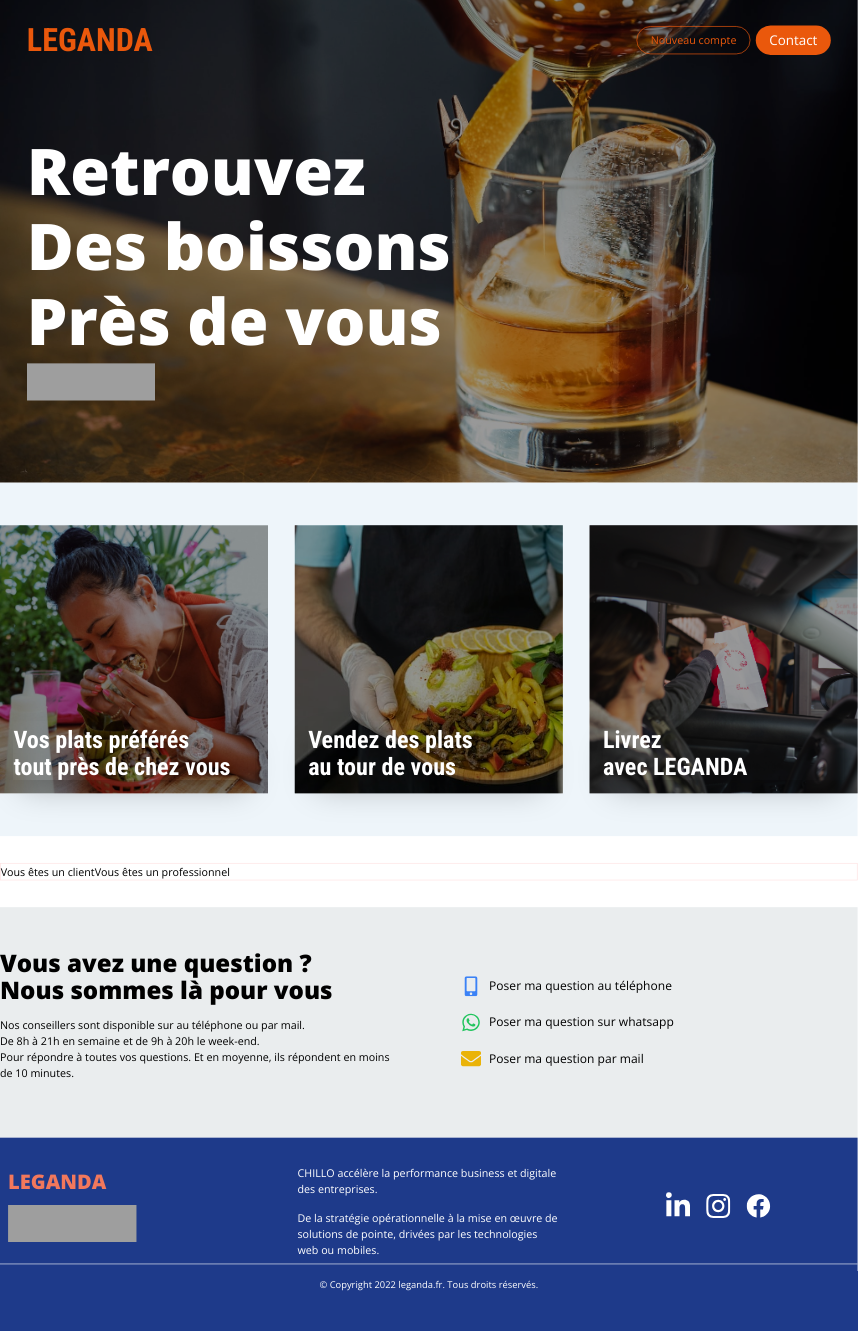
Repository: chillo-tech/website-leganda
Page: /
An editor plug-in stored every save of this project. The page is shown before and after the next save, followed by the edit.
The browser window is 1280 px wide. The pictures show the whole page, at 67% of full size.
Pictures or frames that could not be fetched are drawn as grey boxes. The project was rebuilt for these pictures with package versions that can differ from the ones it lists, and the page was loaded fresh each time. Some packages were replaced by stand-ins written for this rebuild. The framework's server and built-in components were replaced by stand-ins that run in the browser. Also part of the build but not shown: next.config.js, components/header/items/SearchBar.tsx.

Above is the page before, as saved 2023-02-09 11:20:34.

### pages/_document.tsx
import { Html, Head, Main, NextScript } from 'next/document'
import Footer from '../components/footer/Footer';

export default function Document() {
	return (
		<Html className="scroll-smooth">
			<Head>
        <link rel="preconnect" href="https://fonts.googleapis.com"/>
        <link rel="preconnect" href="https://fonts.gstatic.com"/>
        <link href="https://fonts.googleapis.com/css2?family=Open+Sans:ital,wght@0,300;0,800;1,800&family=Roboto&family=Roboto+Condensed:wght@700&display=swap" rel="stylesheet"/>
        <link rel="icon" href="/favicon.ico" />
			</Head>
			<body className='flex flex-col h-screen justify-between'>
				<Main />
				<NextScript />
				<Footer />
        <script defer type="text/javascript" src="https://maps.googleapis.com/maps/api/js?key=AIzaSyBoBBvzxlRlkbfYzZcHp8ALOwBk3YjfB-I&libraries=places" />
			</body>
		</Html>
	)
}

### styles/globals.css
@tailwind base;
@tailwind components;
@tailwind utilities;
body {
  font-family: 'Open Sans', 'Roboto', sans-serif;
}
.title {
  font-family: 'Roboto Condensed', sans-serif;
}
@layer base {
  [type="text"],
  [type="email"],
  [type="url"],
  [type="password"],
  [type="number"],
  [type="date"],
  [type="datetime-local"],
  [type="month"],
  [type="search"],
  [type="tel"],
  [type="time"],
  [type="week"],
  [multiple],
  textarea,
  select {
    @apply w-full border-gray-300 rounded-lg shadow-sm focus:border-blue-500 focus:ring-blue-500;
  }
  [type="checkbox"],
  [type="radio"] {
    @apply border-gray-300 rounded text-blue-600 focus:ring-blue-500;
  }
}

.bg-site-blue {
    background-color: #86aec0;
    color: #000000;
}

.bg-site-orange {
    background-color: #f6ac9f;
}

.color-site-blue {
   color: #86aec0;
}

.color-site-orange {
    color: #f2785c;
}

.home-page-article {
  min-height: 400px;
}

### context/search-context-provider.tsx
import { SearchParams } from '../types';
import { Context,createContext, useMemo, useReducer, useCallback } from 'react'
import SearchReducer from './SearchReducer';
import { Param } from '../types/Param';
import { INITIAL_STATE, UPDATE_SEARCH_CRITERIA } from '../utils';
import { SearchContextData } from '../types/SerchContextData';
type Props = {
  children: JSX.Element,
};
export const SearchContext = createContext<SearchContextData>({state: INITIAL_STATE});
function SearchContextProvider({children}: Props) {
  const [state, dispatch] = useReducer(SearchReducer, INITIAL_STATE);

  const update = useCallback(
    (data: Param) =>
      dispatch({
        type: UPDATE_SEARCH_CRITERIA,
        data
      }),
    [],
  );
  const value = useMemo(
    () => ({state, update }),
    [state,update],
  );
  return (
    <SearchContext.Provider value={value}>
      {children}
    </SearchContext.Provider>
  )
}

export default SearchContextProvider;

### components/footer/Footer.tsx

import React from 'react';
import { FaFacebook, FaInstagram, FaLinkedinIn } from 'react-icons/fa';
import Link from 'next/link'
import { cn, STORES } from '../../utils';
import Image from 'next/image';
function Footer() {
	return (
			<footer className="bg bg-blue-900 text-white pb-10 pt-10 font-extralight flex flex-col" id="a-propos-de-nous">
				<div className="container mx-auto px-3">
					<div className="grid grid-cols-1 gap-10 md:grid-cols-3 md:p-0 items-center">
						<div className="presentation">
              <Link href='/' className='mb-5 color-site-orange uppercase font-extrabold text-3xl'>LEGANDA
              </Link>
              <p className="flex py-4 items-center justify-center md:justify-start">
                {STORES.filter((item: any) => item.active).map((item: any, index: number) => (
                    <Link
                        href="#"
                        target="_blank"
                        key={`liens-${index}`}
                        className="block items-center py-2 w-48 h-14 relative">
                      <Image
                          fill={true}
                          src={`/images/${item.image}`}
                          alt={item?.label}
                      />
                    </Link>
                ))}
              </p>
						</div>
						<div className="presentation">
							<p className='mb-5'>CHILLO accélère la performance business et digitale des entreprises. </p>
							<p>De la stratégie opérationnelle
								à la mise en œuvre de solutions de pointe, drivées par les technologies web ou mobiles.</p>
						</div>
						<div className="presentation flex flex-col items-center justify-center">
							<div className='px-10 flex items-center justify-between text-center'>
								<FaLinkedinIn color='text-slate-300' className='px-3 text-6xl'/>
								<FaInstagram className='px-3 text-6xl'/>
								<FaFacebook className='px-3 text-6xl'/>
							</div>
							<div className='py-2'>

							</div>
						</div>
					</div>
				</div>
				<div className="copyright border-top-1 mt-2 font-light">
					<div className="container py-5 text-sm mx-auto text-center border-solid border-t border-slate-200">
						&copy; Copyright {(new Date()).getFullYear()} leganda.fr. Tous droits réservés.
					</div>
				</div>
			</footer>

	);
}

export default Footer;

### components/questions/Questions.tsx
import Link from 'next/link'
import React from 'react'
import { FaEnvelope, FaMobileAlt, FaWhatsapp } from 'react-icons/fa'

function Questions() {
  return (
    <section className='py-16 bg-app-light-green'>
        <div className="container grid md:grid-cols-2 md:gap-24 items-center px-3 md:px-0">
          <article>
            <h2 className='md:text-4xl text-3xl font-semibold text-black'>
              <p className='p-0 m-0'>Vous avez une question ?</p>
              <p className='p-0 m-0'>Nous sommes là pour vous</p>
            </h2>
            <div className='py-5'>
              <p className='p-0 m-0'>Nos conseillers sont disponible sur au téléphone ou par mail.</p>
              <p className='p-0 m-0'>De 8h à 21h en semaine et de 9h à 20h le week-end.</p>
              <p className='p-0 m-0'>Pour répondre à toutes vos questions. Et en moyenne, ils répondent en moins de 10 minutes.</p>
            </div>
          </article>
          <article>
              <Link href="tel:0033761705745" className='py-3 text-lg flex'>
                  <FaMobileAlt className='text-3xl text-blue-500 mr-3' /> Poser ma question au téléphone
              </Link>
              <Link href="whatsapp:0033761705745" className='py-3 text-lg flex'>
                  <FaWhatsapp className='text-3xl text-green-500 mr-3' /> Poser ma question sur whatsapp
              </Link>
              <Link href="mailto:armelle.leganda@gmail.com" className='py-3 text-lg flex'>
                  <FaEnvelope className='text-3xl text-yellow-500 mr-3' /> Poser ma question par mail
              </Link>
          </article>
        </div>
    </section>
  )
}

export default Questions

### components/header/Header.tsx
import { faPhone, faUser } from '@fortawesome/free-solid-svg-icons'
import { FontAwesomeIcon } from '@fortawesome/react-fontawesome'
import Link from 'next/link'
import React from 'react'
import SearchBar from './items/SearchBar'

function Header({withSearchBar = true}: {withSearchBar?: boolean}) {
  return (
    <header className="container py-4">
       <nav className='flex justify-between items-center'>
        <Link href="/" className='text-orange-600 uppercase title text-5xl'>LEGANDA
        </Link>
        {withSearchBar ? <SearchBar /> : null }
        <ul className='md:flex justify-between items-center hidden'>
          <li>
            <Link href="/" className='border border-orange-600 rounded-3xl px-5 py-2 text-orange-600 flex justify-between items-center'>
                <FontAwesomeIcon icon={faUser} className="hidden border-none text-xs mr-2" size='xs' />
                Nouveau compte
            </Link>
          </li>
          <li  className='ml-2'>
          <Link href="/" className='bg-orange-600 rounded-3xl text-xl px-5 font-medium py-2 flex text-white'>
              <FontAwesomeIcon icon={faPhone} className="hidden border-none mr-2"/>
              Contact
          </Link>
          </li>
        </ul>
      </nav>
    </header>
  )
}

export default Header

### utils/index.ts
export * from './clear-string';
export * from './DateFormat';
export * from './isValidPhoneNumber';
export * from './isValidEmail';
export * from './Endpoints';
export * from './Data';
export * from './request-options';

### components/tabs/index.tsx
import React from 'react'

function Tabs({items}: any) {
  return (
    <section className='container px-3 md:px-0 py-10'>
      <ul className='flex  border border-red-100 justtify-center items-center'>
        {items.map((item: any, index: number) => (
          <li key={`tab-${index}`} className="">
            <button type='button'>{item.label}</button>
          </li>
        ))}
      </ul>
    </section>
  )
}

export default Tabs

### utils/how-it-works.ts
const HOW_IT_WORKS: any = [
  {
    "label": "Vous êtes un client"
  },
  {
    "label": "Vous êtes un professionnel"
  }
]

export {HOW_IT_WORKS}

### context/SearchReducer.ts
import { UPDATE_SEARCH_CRITERIA } from './../utils/Data';
import { Action } from './../types/Action';
import { SearchParams } from "../types";

function SearchReducer (state: SearchParams, action: Action){
  switch(action.type){
    case UPDATE_SEARCH_CRITERIA: {
        return {
          ...state,
          [action.data.key]: action.data.value
        }
    }
  }
  return state;
}

export default SearchReducer;

### utils/clear-string.ts
export const cleanString = (entry: string) => {
	return entry ? entry.replace(/^[\s\uFEFF\xA0]+|[\s\uFEFF\xA0]+$/g, '') : '';
}

### utils/DateFormat.ts
export const getFormattedDate = (entry: Date) => {
	const year = entry.getFullYear();
	const month = `0${entry.getMonth() + 1}`.slice(-2);
	const day = `0${entry.getDate()}`.slice(-2);
	return `${day}/${month}/${year}`;
};

export const getFormattedTime = (entry: Date) => {
	const hours = `0${entry.getHours()}`.slice(-2);
	const minutes = `0${entry.getMinutes()}`.slice(-2);
	return `${hours}:${minutes}`;
};

const getWeekNumber = (entry: Date) => {
	// Copy date so don't modify original
	const date = new Date(Date.UTC(entry.getFullYear(), entry.getMonth(), entry.getDate()));
	// Set to nearest Thursday: current date + 4 - current day number
	// Make Sunday's day number 7
	date.setUTCDate(date.getUTCDate() + 4 - (date.getUTCDay() || 7));
	// Get first day of year
	const yearStart = new Date(Date.UTC(date.getUTCFullYear(), 0, 1));
	// Calculate full weeks to nearest Thursday
	return Math.ceil((((Number(date) - Number(yearStart)) / 86400000) + 1) / 7);
	// Return array of year and week number

}

export const getDayAndMonthLabel = (entry: Date) => {
	const days = ['Dimanche', 'Lundi', 'Mardi', 'Mercredi', 'Jeudi', 'Vendredi', 'Samedi'];
	const months = ["Jan.", "Fev.", "Mars", "Avr.", "MaI", "Juin",
		"Jul.", "Août", "Sep.", "Oct.", "Nov.", "Dec."
	];
	return [days[entry.getDay()], months[entry.getMonth()]];
}

export const getDisplayedDate = (entry: string = "") => {
	if (!entry.trim().length) {
		return entry;
	}
	const adWeekNo = getWeekNumber(new Date(entry));
	const todayWeekNo = getWeekNumber(new Date());
	if ((adWeekNo - todayWeekNo) > 1) {
		const [dayOfDate, month, year] = getFormattedDate(new Date(entry)).split('/');
		const [dayOfWeekLabel, monthLabel] = getDayAndMonthLabel(new Date(entry));
		return `${dayOfWeekLabel}, ${dayOfDate} ${monthLabel}`;
	} else {
		const [dayOfWeekLabel] = getDayAndMonthLabel(new Date(entry));
		return dayOfWeekLabel;
	}
};

### utils/isValidPhoneNumber.ts
export const isValidPhoneNumber = (value: string) => {
	const PHONE_REGEXP = /^0[6|7]\d{8}$/
	return PHONE_REGEXP.test(value);
}

### utils/isValidEmail.ts
export const isValidEmail = (value: string) => {
	const EMAIL_REGEXP = /^\S+@\S+\.\S+$/;
	return value.trim().length ? EMAIL_REGEXP.test(value) : true;
}

### utils/Endpoints.ts
export const LOCAL_DNS = 'http://192.168.111.244:9090';//verifier ipconfig avant d'exécuter
export const PROD_DNS = "https://api.leganda.chillo.fr";
export const IMAGES_URL = `${PROD_DNS}/assets`;
export const BACKOFFICE_URL = `${PROD_DNS}/api/v1`;
export const ADS_ENDPOINT = "ad";
export const FAVORITE_ENDPOINT = "favorite";
export const ACCOUNT_ENDPOINT = "account";
export const ADDRESS_ENDPOINT = "address";
export const CATEGORY_ENDPOINT = "category";
export const GOOGLE_PACES_API_BASE_URL = 'https://maps.googleapis.com/maps/api/place';
export const GOOGLE_PACES_API_KEY = 'AIzaSyBoBBvzxlRlkbfYzZcHp8ALOwBk3YjfB-I';
export const MAP_ZOOM = 10;
export const GOOGLE_PACES_CENTER_COORDINATES = {lat: 48.117266,lng: -1.677793};

### utils/Data.ts
import {EMAIL, PHONE} from "./providers";
export const CATEGORY_BGCOLORS = [ "#BCA1F2", "#BCDDE4", "#CFEACB", "#F4E169"];
export const PLUS_FAVORITES_UPDATED = "Super cette annonce a été ajoutée à vos favoris";
export const REMOVE_FAVORITES_UPDATED = "Cette annonce a été retirée de vos favoris";
export const AUTHENTICATED_USER = "authenticatedUser";
export const MAPBOX_ACCESSTOKEN = "pk.eyJ1IjoiYWNoaWxsZW1ib3VndWVuZyIsImEiOiJja3Zvd3EzcmswaThkMnZrZ25iYmtveDBhIn0.pDR7pKL18d3iz5NoaRmWYg";
export const RESET_AD = "RESET_AD";
export const DELETE_KEY = "DELETE_KEY";
export const SET_NUMBER_OF_CHILDREN = "SET_NUMBER_OF_CHILDREN";
export const SET_ADS = "SET_ADS";
export const SET_CATS = "SET_CATS";
export const SET_CAT = "SET_CAT";
export const SET_AD = "SET_AD";
export const SET_SELECTED_ITEM_ID = "SET_SELECTED_ITEM_ID";
export const SET_STEP_INDEX = "SET_STEP_INDEX";
export const UPDATE_AD = "UPDATE_AD";
export const UPDATE_SEARCH_CRITERIA = "UPDATE_SEARCH_CRITERIA";
export const UPDATE_USER_INFOS = "UPDATE_USER_INFOS";
export const USER_TOKEN = "USER_TOKEN";
export const SIGN_IN = 'SIGN_IN';
export const SIGN_OUT = 'SIGN_OUT';
export const SIGN_UP = 'SIGN_UP';
export const RECOMMEND_TEXT = "Bonjour, j'ai découvert cette application qui a de belles annonces. Je te la recommande";
export const RESTORE_TOKEN = "RESTORE_TOKEN";
export const AD_PLACEHOLDER = ["Taro du dimanche", "20kg à destination de Yaoundé", "Carton de Guinness", "Stage de developpeur"];
export const STORES = [
	{
		image: 'google-app-store-badge.svg',
		active: true,
		path: '#',
		label: 'LEGANDA sur PLAY STORE'
	},
	{
		image: 'apple-app-store-badge.svg',
		active: false,
		path: '#',
		label: 'LEGANDA sur APPLE STORE'
	}
]
export const HEADERS_ITEMS = [
	{
		image: '/images/food.jpeg',
		active: true,
		label: 'Des mets'
	},
	{
		image: '/images/drinks.jpeg',
		active: false,
		label: 'Des boissons'
	},
	{
		image: '/images/spices.jpeg',
		active: false,
		label: 'Des épices'
	},
	{
		image: '/images/service.jpeg',
		active: false,
		label: 'Des services'
	}
]
export const INITIAL_STATE = {
		address: {city: ''}
}

export const HELP_LINK = {
	whatsapp: `whatsapp://send?text=&phone=${PHONE}`,
	sms: `sms:${PHONE}`,
	mail: `mailto:${EMAIL}`,
	phone: `tel:${PHONE}`
}

export const SHARE_LINK = {
	whatsapp: `whatsapp://send?text=`,
	sms: `sms:body=`,
	mail: `mailto:${EMAIL}`,
	phone: `tel:${PHONE}`
}

export const MORESCREEN_DATA = [
	{
		id: 'recommendations',
		title: "Recommandations",
		items: [
			{
				id: '587',
				icon: 'thumbs-up',
				name: 'sms',
				action: 'recommend',
				title: 'Recommandez notre application',
			},
			{
				id: '588',
				icon: 'facebook',
				name: 'facebook',
				action: 'recommend',
				title: 'Aimez notre page facebook',
			},
			{
				id: '589',
				icon: 'thumbs-up',
				name: 'like',
				action: 'recommend',
				title: 'Notez nous sur le store',
			}
		]
	},
	{
		id: 'assistance',
		title: "assistance",
		items: [
			{
				id: '386',
				icon: 'whatsapp',
				name: 'whatsapp',
				action: 'help',
				title: 'Posez votre question via whatsapp',
			},
			{
				id: '387',
				icon: 'sms',
				name: 'sms',
				action: 'help',
				title: 'Posez votre question  par sms',
			},
			{
				id: '389',
				name: 'mail',
				action: 'help',
				icon: 'envelope',
				title: 'Envoyez nous un mail',
			},
			{
				id: '388',
				icon: 'phone-alt',
				name: 'phone',
				action: 'help',
				title: 'Appelez nous',
			}
		]
	}
]

export const loaderProp =({ src }: {src: string}) => {
  console.log('====================================');
  console.log(src);
  console.log('====================================');
  return src;
}
export const cn = (...classes: string[]) =>{
  return classes.filter(Boolean).join(' ')
}

### utils/request-options.ts
export const getHeaders = () => ({
	'X-Requested-With': 'XMLHttpRequest',
	'Content-Type': 'application/x-www-form-urlencode',
	Accept: "application/json"
});

### utils/providers.ts


export const PHONE = "+33761705745";
export const EMAIL = "achille.mbougueng@yahoo.fr";

export const OPENCAGE_GEOCODE_API = "https://api.opencagedata.com/geocode/v1/json";
export const OPENCAGE_API_KEY = "2dd86530d37b4cf3a321d24e6c624a40";

export const MAPBOX_API_KEY = "pk.eyJ1IjoiYWNoaWxsZW1ib3VndWVuZyIsImEiOiJja3Zvd3EzcmswaThkMnZrZ25iYmtveDBhIn0.pDR7pKL18d3iz5NoaRmWYg";
export const MAPBOX_PLACES = "https://api.mapbox.com/geocoding/v5/mapbox.places";

Loaded but not shown: pages/_app.tsx (common file); tailwind.config.js (37 lines, source omitted); pages/index.tsx (146 lines, source omitted)

After the next save:
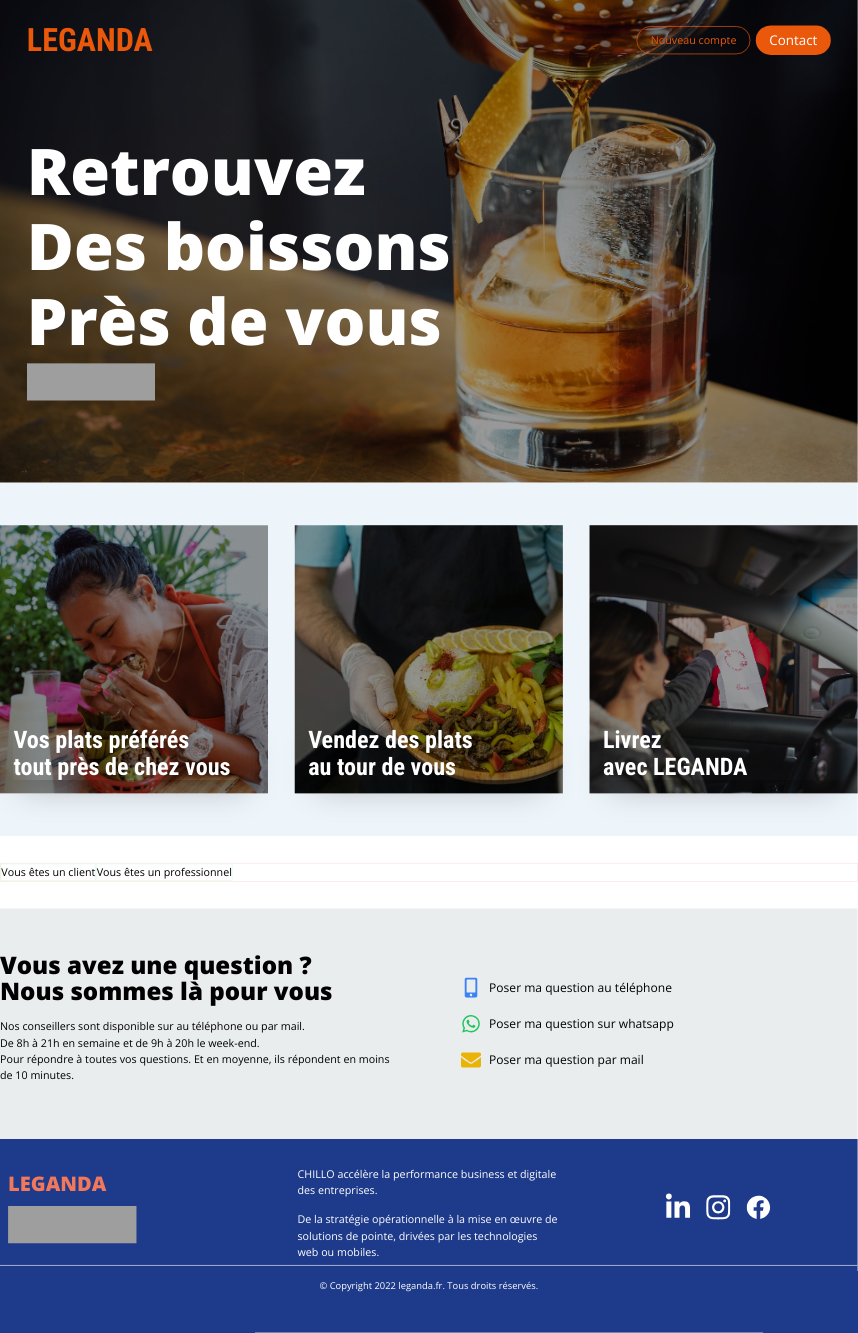
Saved 22 s later.
--- a/components/tabs/index.tsx
+++ b/components/tabs/index.tsx
@@ -5,7 +5,7 @@
     <section className='container px-3 md:px-0 py-10'>
       <ul className='flex  border border-red-100 justtify-center items-center'>
         {items.map((item: any, index: number) => (
-          <li key={`tab-${index}`} className="">
+          <li key={`tab-${index}`} className="border border-green-100">
             <button type='button'>{item.label}</button>
           </li>
         ))}
